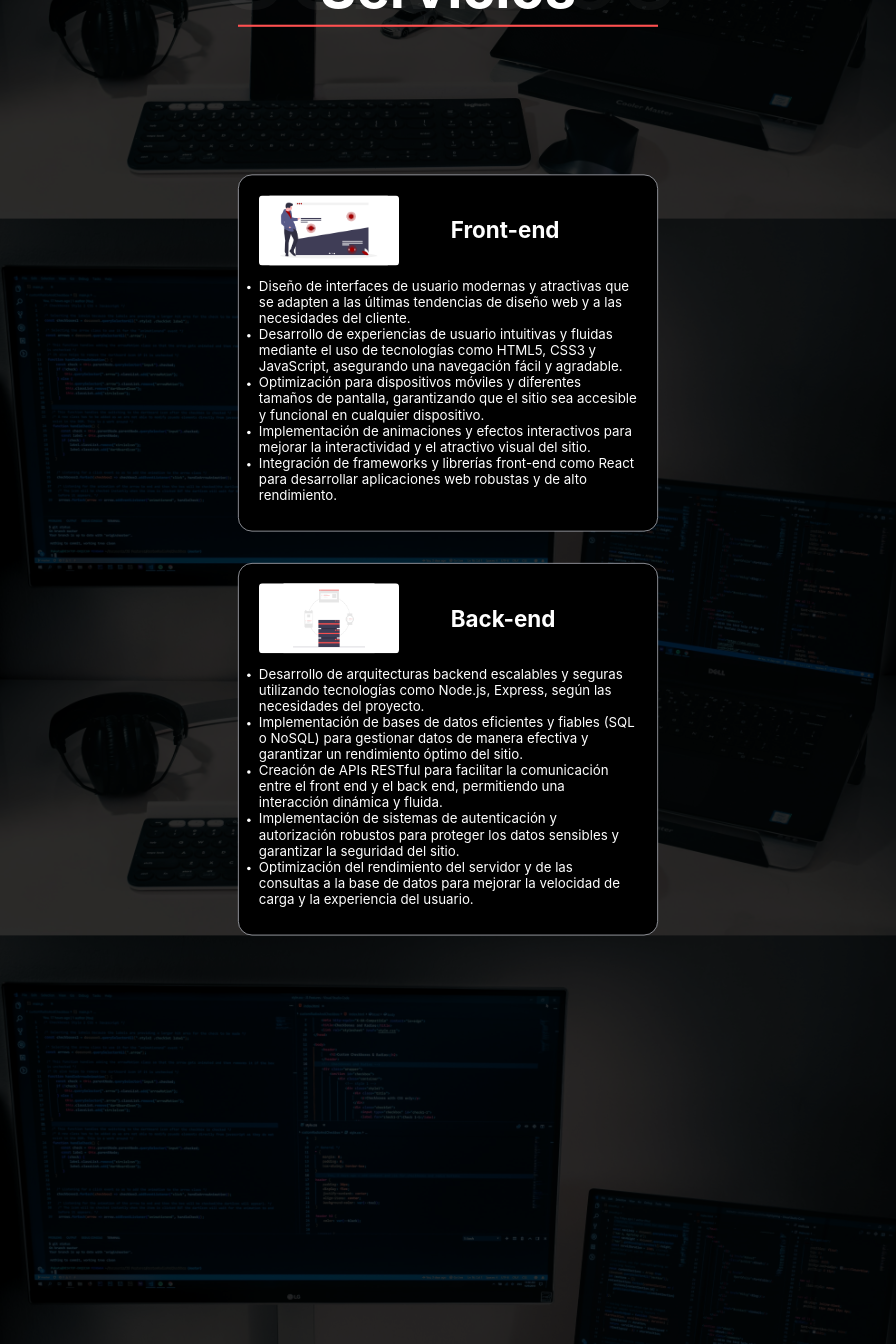
Repository: DamianBermudez94/DB-Porfolio
Page: /
An editor plug-in stored every save of this project. The page is shown before and after the next save, followed by the edit.
The browser window is 1280 px wide. The pictures show the part of the page from y = 1735 to 3655 px (the page is 5531 px tall before and 5543 px after), at 70% of full size.
Backgrounds fixed to the window are drawn as part of the page. Some web libraries are served in a nearby version. The project was rebuilt for these pictures with package versions that can differ from the ones it lists, and the page was loaded fresh each time. Also part of the build but not shown: vite.config.js, src/components/Conocimientos/styles.css, src/components/Conocimientos/Conocimientos.jsx, src/pages/AcerdaDe.jsx, src/components/Contacto/styles.css, src/components/Contacto/Contact.jsx, src/pages/contacto.jsx, src/data/trabajos.js and 4 more.

Above is the page before, as saved 2024-04-02 09:59:37.

After the next save:
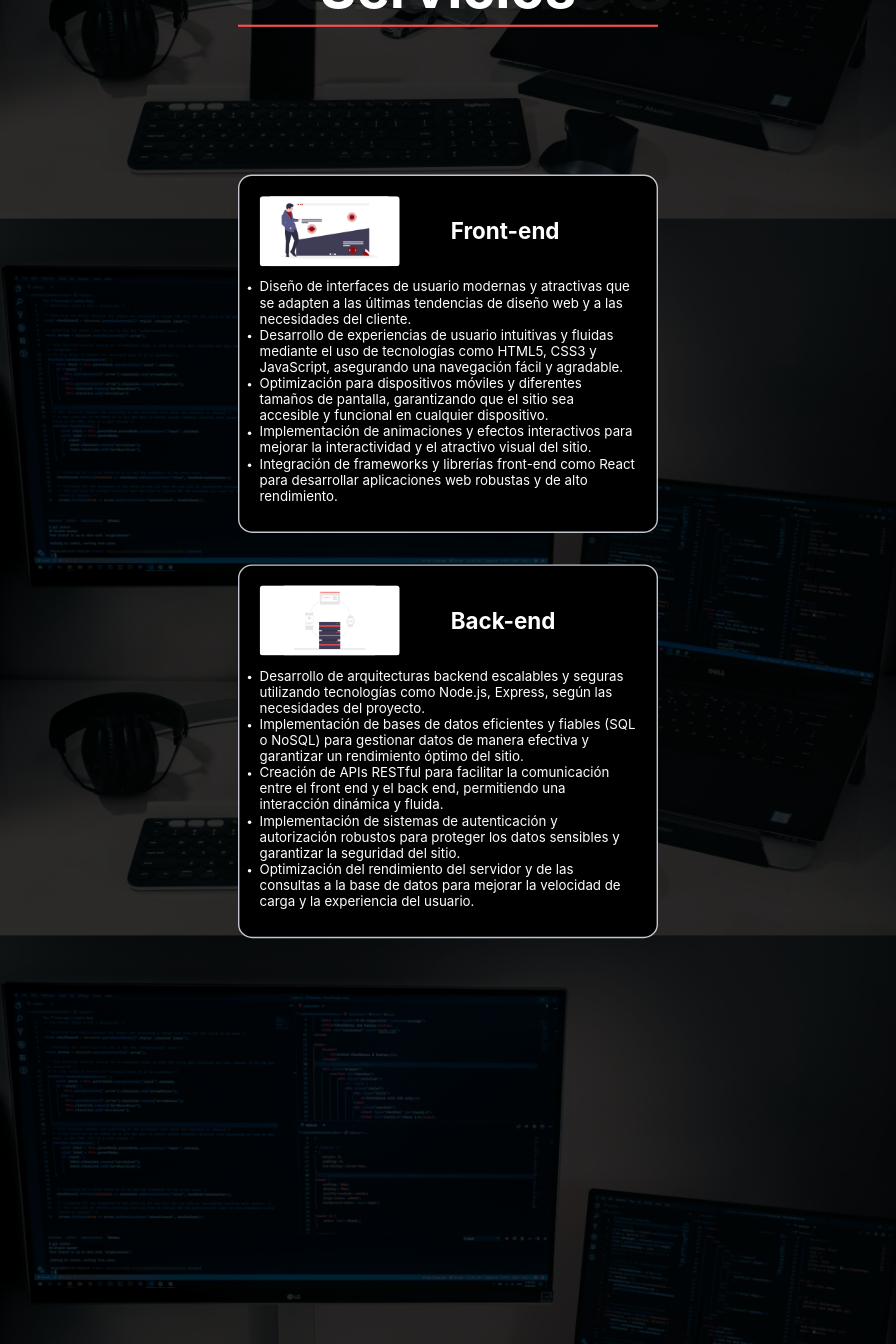
Saved 35 s later.
--- a/src/components/Servicios/styles.css
+++ b/src/components/Servicios/styles.css
@@ -42,7 +42,7 @@
   background-color: rgb(0, 0, 0);
   position: relative;
   padding: 1.8rem;
-  border: 1px solid #c3c6ce;
+  border: 2px solid #c3c6ce;
   transition: 0.5s ease-out;
   cursor: pointer;
 }
